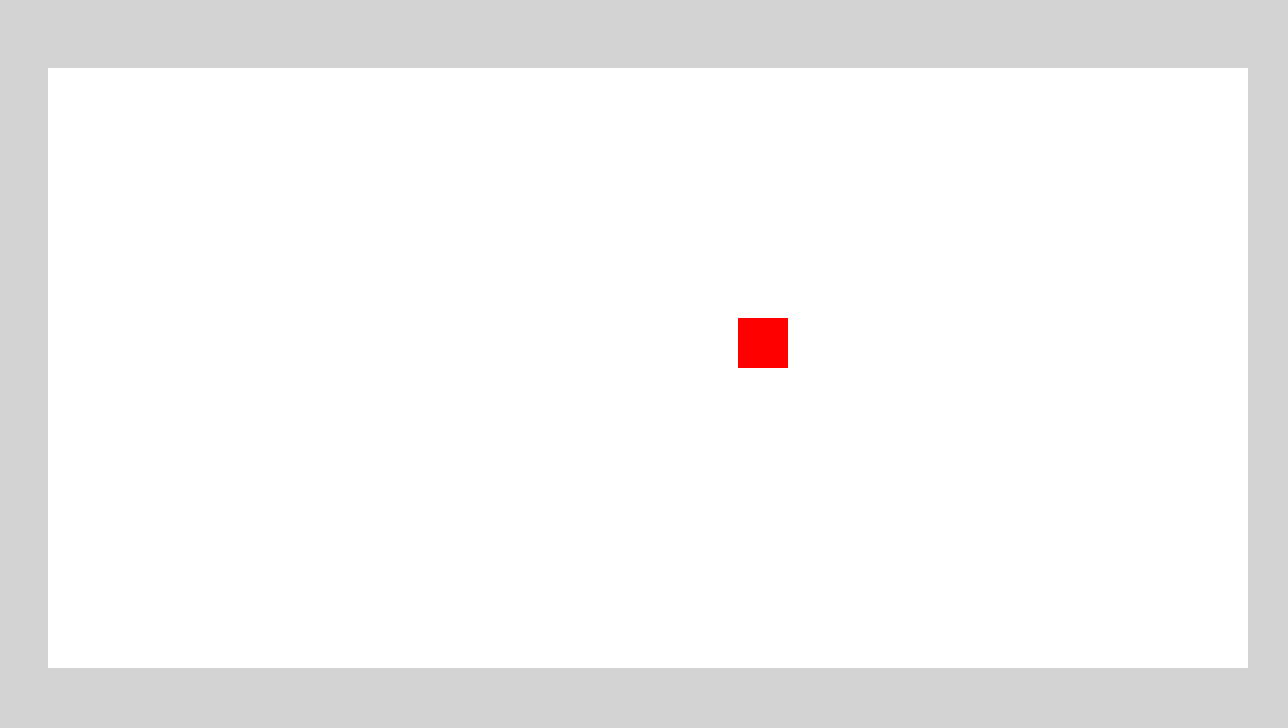
Repository: fbansept/ran3_24_jeu
Page: index.html
An editor plug-in stored every save of this project. The page is shown before and after a run of saves, followed by the edit.
The browser window is 1280 px wide. The page is 1288 px wide, so the pictures cover 1288 px, including what lies to the right of the window. The pictures show the whole page.

Above is the page before, as saved 2024-11-04 09:38:28.

### index.html
<!DOCTYPE html>
<html lang="en">
  <head>
    <meta charset="UTF-8" />
    <meta name="viewport" content="width=device-width, initial-scale=1.0" />
    <title>Document</title>
    <script defer src="script.js"></script>
    <link rel="stylesheet" href="style.css">
  </head>
  <body>
    <div class="scene">
      <div id="joueur"></div>
    </div>
  </body>
</html>

### script.js
function frame() {
  positionXjoueur += vitesseX;
  positionYjoueur += vitesseY;

  joueur.style.left = positionXjoueur + "px";
  joueur.style.left = positionXjoueur + "px";

  if (positionXjoueur >= 1150 || positionXjoueur <= 0) {
    vitesseX = -vitesseX;
  }

  if (positionYjoueur >= 550 || positionYjoueur <= 0) {
    vitesseY = -vitesseY;
  }
}

let positionXjoueur = 0;
let vitesseX = 10;
let positionYjoueur = 0;
let vitesseY = 8;

let largeurJoueur = 50;
let hauteurScene = 600;
let largeurScene = 1200;

// let joueur = document.getElementById("joueur")
let joueur = document.querySelector("#joueur");
setInterval(frame, 1000 / 60);

### style.css
html {
  height: 100%;
}

body {
  width: 100%;
  height: 100%;
  background-color: lightgrey;
  display: flex;
  align-items: center;
  justify-content: center;
}

.scene {
  position: relative;
  width: 1200px;
  height: 600px;
  background-color: white;
  overflow: hidden;
}

#joueur {
  position: absolute;
  bottom: 300px;
  left: 0px;
  width: 50px;
  height: 50px;
  background-color: red;
}

After the next 4 saves:
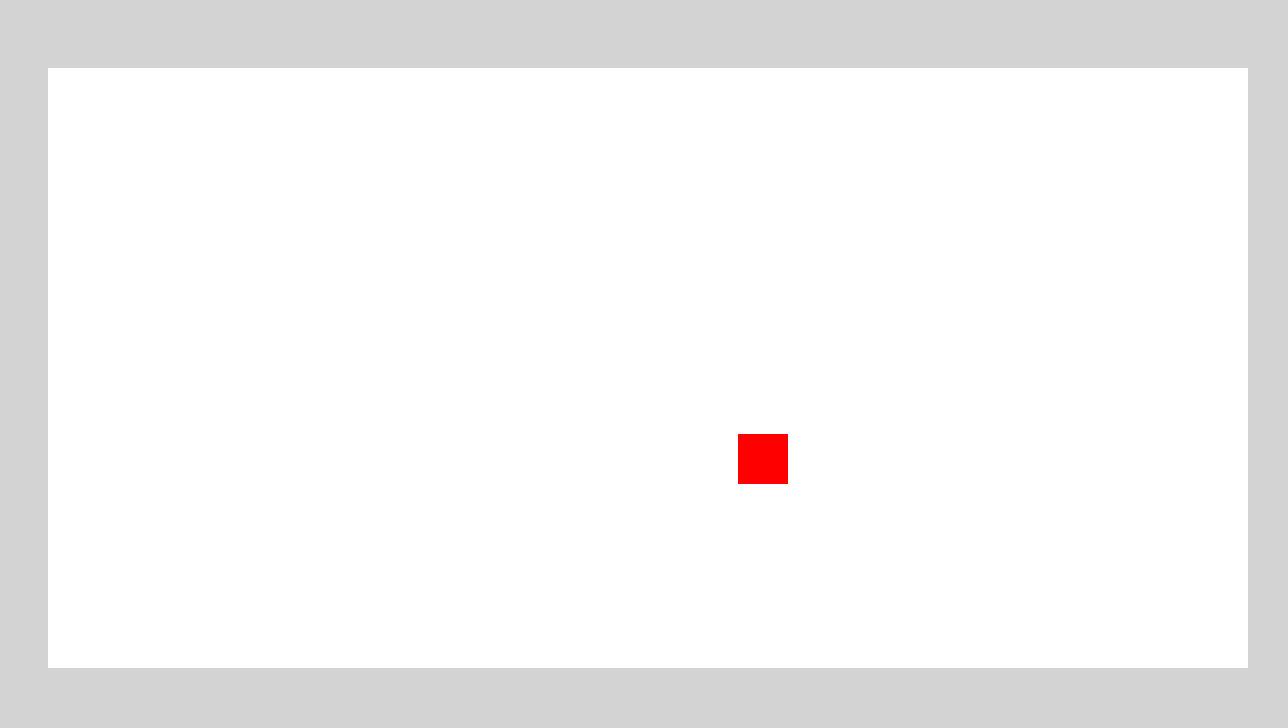
The 4 saves are shown as one change because they came seconds apart.
The last was saved 14 s later.
--- a/script.js
+++ b/script.js
@@ -3,7 +3,7 @@ function frame() {
   positionYjoueur += vitesseY;
 
   joueur.style.left = positionXjoueur + "px";
-  joueur.style.left = positionXjoueur + "px";
+  joueur.style.bottom = positionYjoueur + "px";
 
   if (positionXjoueur >= 1150 || positionXjoueur <= 0) {
     vitesseX = -vitesseX;
